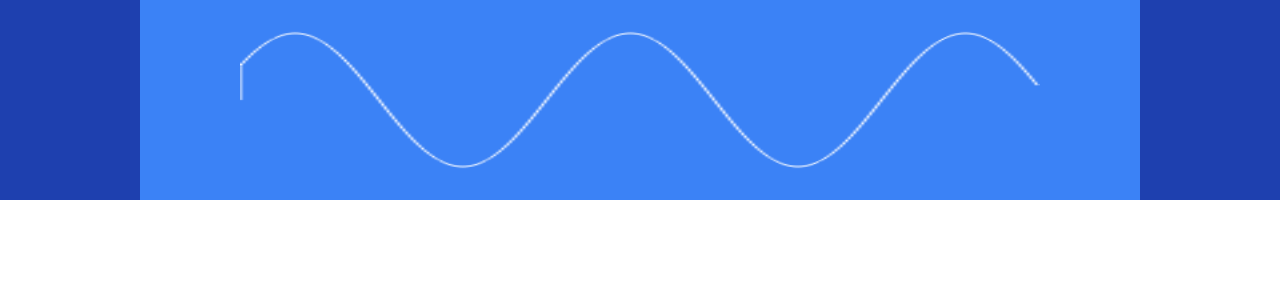
Repository: TMuse333/quantum-experiments
Page: /
The author's editor kept a copy of each file at every save. The page is drawn from the files as they stood at one save, then again after the next save.
The browser window is 1280 px wide. The pictures show the whole page.
The project was rebuilt for these pictures with package versions that can differ from the ones it lists, and the page was loaded fresh each time. Also part of the build but not shown: vite.config.ts.

Above is the page before, as saved 2024-06-08 18:08:21.

### src/App.tsx
import { useState } from 'react'
import reactLogo from './assets/react.svg'
import viteLogo from '/vite.svg'
import './App.css'
import SineWave from './components/wave/wave'

function App() {
  const [count, setCount] = useState(0)

  return (
    <>
    <div className='bg-blue-800 absolute top-0 left-0
    flex items-center justify-center w-screen'>


     <SineWave/>
     </div>
    </>
  )
}

export default App

### src/components/wave/wave.tsx
import React, { useRef, useEffect } from 'react';

const SineWave: React.FC = () => {
  const canvasRef = useRef<HTMLCanvasElement | null>(null);

  useEffect(() => {
    const canvas = canvasRef.current;
    if (!canvas) return;

    const c = canvas.getContext('2d');
    if (!c) return;

    const wave = {
      amplitude: 50,
      frequency: 0.05, // Slower wave
      speed: 0.03, // Slower speed
      xOffset: 0,
      yOffset: canvas.height / 2,
      waveColor: '#fff'
    };

    const draw = () => {
      c.clearRect(0, 0, canvas.width, canvas.height);
      c.beginPath();
      c.moveTo(0, wave.yOffset);
      for (let x = 0; x < canvas.width; x++) {
        const y = wave.yOffset + Math.sin(x * wave.frequency + wave.xOffset) * wave.amplitude;
        c.lineTo(x, y);
      }
      c.strokeStyle = wave.waveColor;
      c.stroke();
      wave.xOffset += wave.speed;
      requestAnimationFrame(draw);
    };

    draw();


  }, []);

  return  (
    <div className='w-screen bg-blue-500 relative
    h-[200px] max-w-[1000px] ml-auto mr-auto'>


  <canvas className='h-full ml-auto mr-auto w-4/5'
   ref={canvasRef} />
     </div>
  )
};

export default SineWave;

Loaded but not shown: index.html (common file); src/main.tsx (common file); src/index.css (common file); src/App.css (common file); tailwind.config.js (common file)

After the next save:
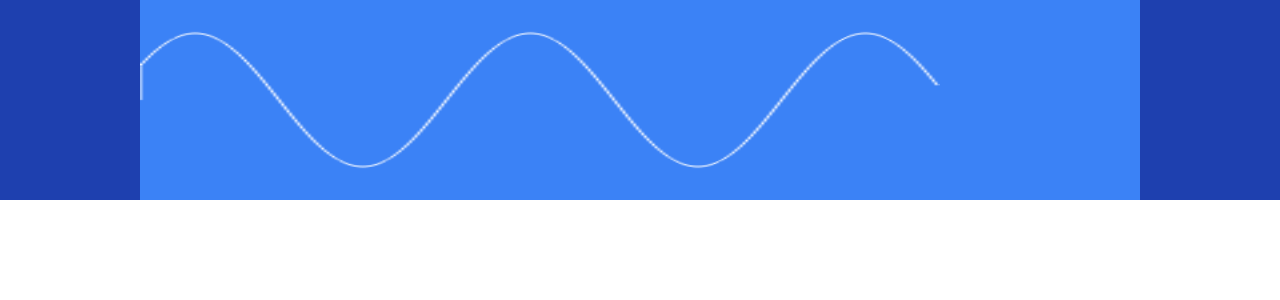
Saved 54 s later.
--- a/src/components/wave/wave.tsx
+++ b/src/components/wave/wave.tsx
@@ -43,7 +43,7 @@ const SineWave: React.FC = () => {
     h-[200px] max-w-[1000px] ml-auto mr-auto'>
 
 
-  <canvas className='h-full ml-auto mr-auto w-4/5'
+  <canvas className='h-full  mr-auto w-4/5'
    ref={canvasRef} />
      </div>
   )
